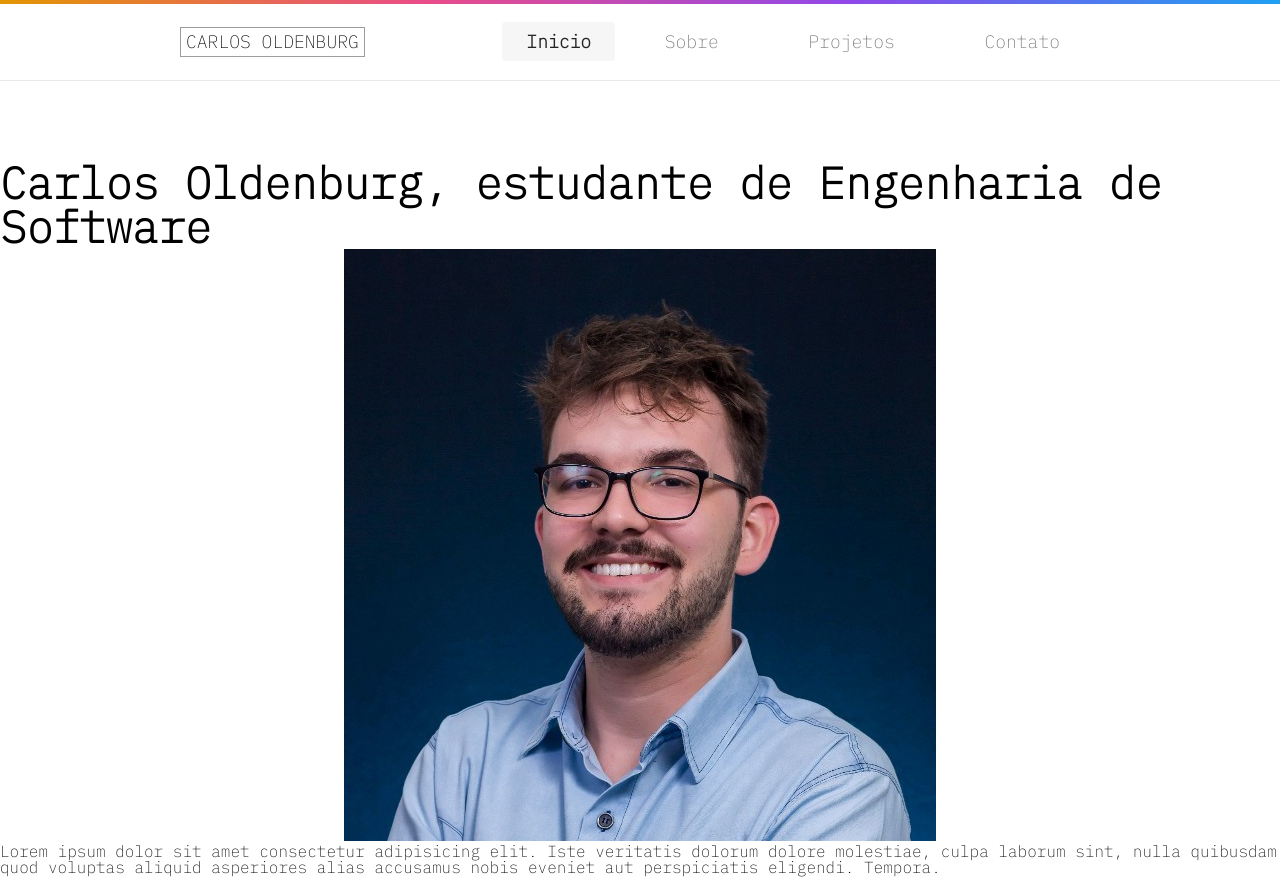
Repository: Carolden/PortfolioCrie
Page: index.html
The author's editor kept a copy of each file at every save. The page is drawn from the files as they stood at one save, then again after the next save.
The browser window is 1280 px wide. The pictures show the whole page.

Above is the page before, as saved 2023-05-22 10:48:05.

### index.html
<!DOCTYPE html>
<html lang="pt-BR">
<head>
    <meta charset="UTF-8">
    <meta http-equiv="X-UA-Compatible" content="IE=edge">
    <meta name="viewport" content="width=device-width, initial-scale=1.0">
    <title>Carlos Eduardo Oldenburg</title>

    <link rel="stylesheet" href="styles/base/reset.css">
    <link rel="stylesheet" href="styles/base/body.css">
    <link rel="stylesheet" href="styles/layout/header.css">
    <link rel="stylesheet" href="styles/layout/index__section.css">
    <link rel="stylesheet" href="styles/components/header__a.css">
    <link rel="stylesheet" href="styles/components/header__nav.css">
    <link rel="stylesheet" href="styles/components/name__box.css">
    <link rel="stylesheet" href="styles/components/section__title.css">

    <link rel="preconnect" href="https://fonts.googleapis.com">
    <link rel="preconnect" href="https://fonts.gstatic.com" crossorigin>
    <link href="https://fonts.googleapis.com/css2?family=IBM+Plex+Mono:wght@200&family=Open+Sans:wght@800&display=swap" rel="stylesheet">



</head>
<body>

    <header class="header">

        <div class="name__container">
            <h2 class="name__box">CARLOS OLDENBURG</h2>
        </div>

        <nav class="header__nav">
            <a href="#" class="header__a active">Inicio</a>
            <a href="#" class="header__a"> Sobre</a>
            <a href="#" class="header__a">Projetos</a>
            <a href="#" class="header__a">Contato</a>
        </nav>

    </header>

    <section class="index__section">

        <span>
            <h1 class="section__title">Carlos Oldenburg, estudante de Engenharia de Software</h1>
        </span>

        <div class="section__image">
            <img src="images/imagem.jpeg" alt="foto" class="section__image">
        </div>

        <span>
        <p class="section__p">Lorem ipsum dolor sit amet consectetur adipisicing elit. Iste veritatis dolorum dolore molestiae, culpa laborum sint, nulla quibusdam quod voluptas aliquid asperiores alias accusamus nobis eveniet aut perspiciatis eligendi. Tempora.</p>
        </span>

    </section>









</body>
</html>

### styles/base/body.css
body {
    font-family: 'IBM Plex Mono', monospace;
}

### styles/layout/header.css
.header {
    display: flex;
    justify-content: space-between;
    height: 80px;
    width: 100%;
    left: 0px;
    top: 4px;
    border-radius: 0px;
    box-sizing: border-box;
    /* position: absolute; */
    align-items: center;
    border-top: 4px;
    border-image: linear-gradient(to right, #E39600, #EA4C89, #8F48EB, #1DA1F2) 1;
    border-style: solid;
}

### styles/layout/index__section.css
.index__section {
    display: flex;
    flex-direction: column;
    align-items: center;
    border-top: 1px solid #EAEAEA;
    padding-top: 80px;
}

### styles/components/header__a.css
.header__a {
    padding: 40px;
    text-decoration: none;
    color: #6C6C6C;
    font-size: 18px;
}

.active {
    color: #242424;
    font-weight: 600;
    background: #F6F6F6;
    border-radius: 4px;
    padding: 8px 24px;
}

### styles/components/header__nav.css
.header__nav {
    margin-right: 180px;
}

### styles/components/name__box.css
.name__box {
    border: 1px solid #9D9D9D;
    padding: 5px;
    margin-left: 180px;
    font-size: 18px;
}

### styles/components/section__title.css
.section__title {
    font-size: 44px;
    font-weight: 600;
}

### styles/components/section__image.css
.section__image {
    width: 1000px;
    height: 500px;
}

Loaded but not shown: styles/base/reset.css (common file)

After the next save:
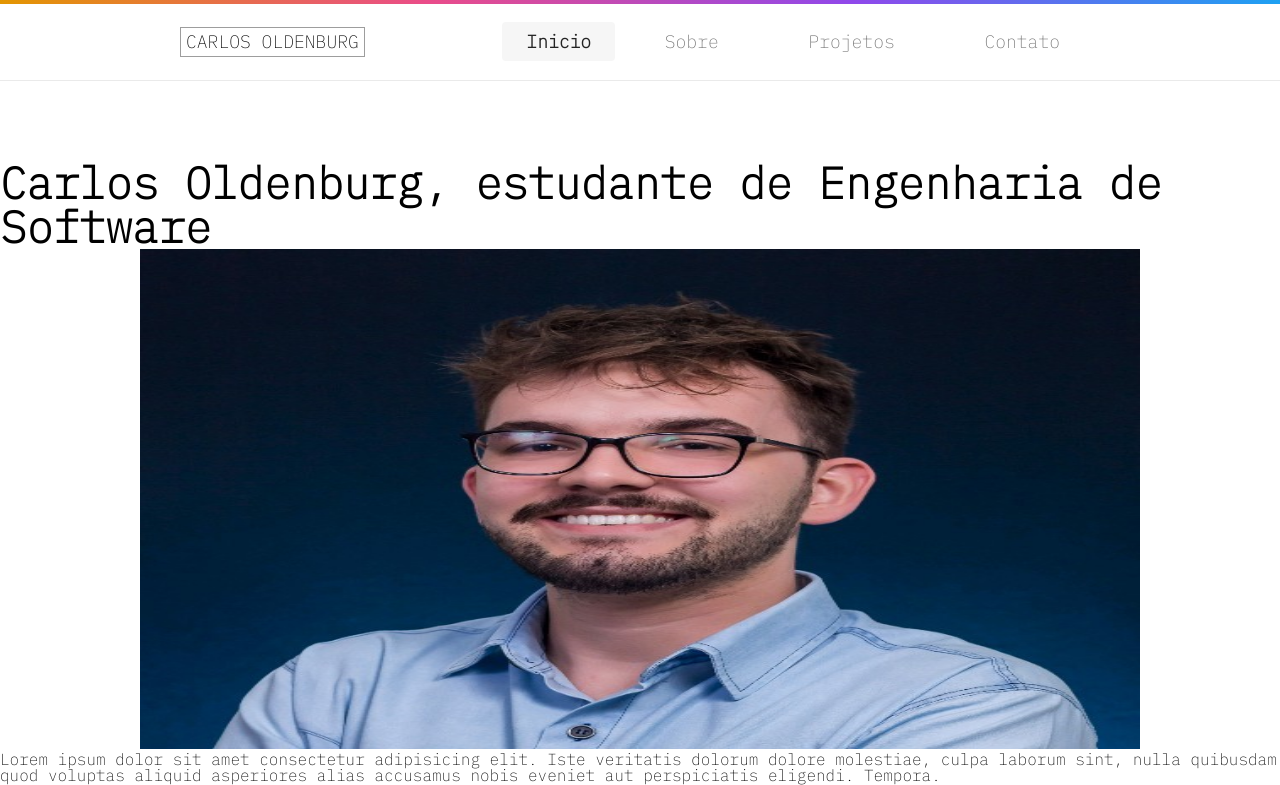
Saved 15 s later.
--- a/index.html
+++ b/index.html
@@ -13,6 +13,7 @@
     <link rel="stylesheet" href="styles/components/header__a.css">
     <link rel="stylesheet" href="styles/components/header__nav.css">
     <link rel="stylesheet" href="styles/components/name__box.css">
+    <link rel="stylesheet" href="styles/components/section__image.css">
     <link rel="stylesheet" href="styles/components/section__title.css">
 
     <link rel="preconnect" href="https://fonts.googleapis.com">
@@ -45,7 +46,7 @@
             <h1 class="section__title">Carlos Oldenburg, estudante de Engenharia de Software</h1>
         </span>
 
-        <div class="section__image">
+        <div>
             <img src="images/imagem.jpeg" alt="foto" class="section__image">
         </div>
 
